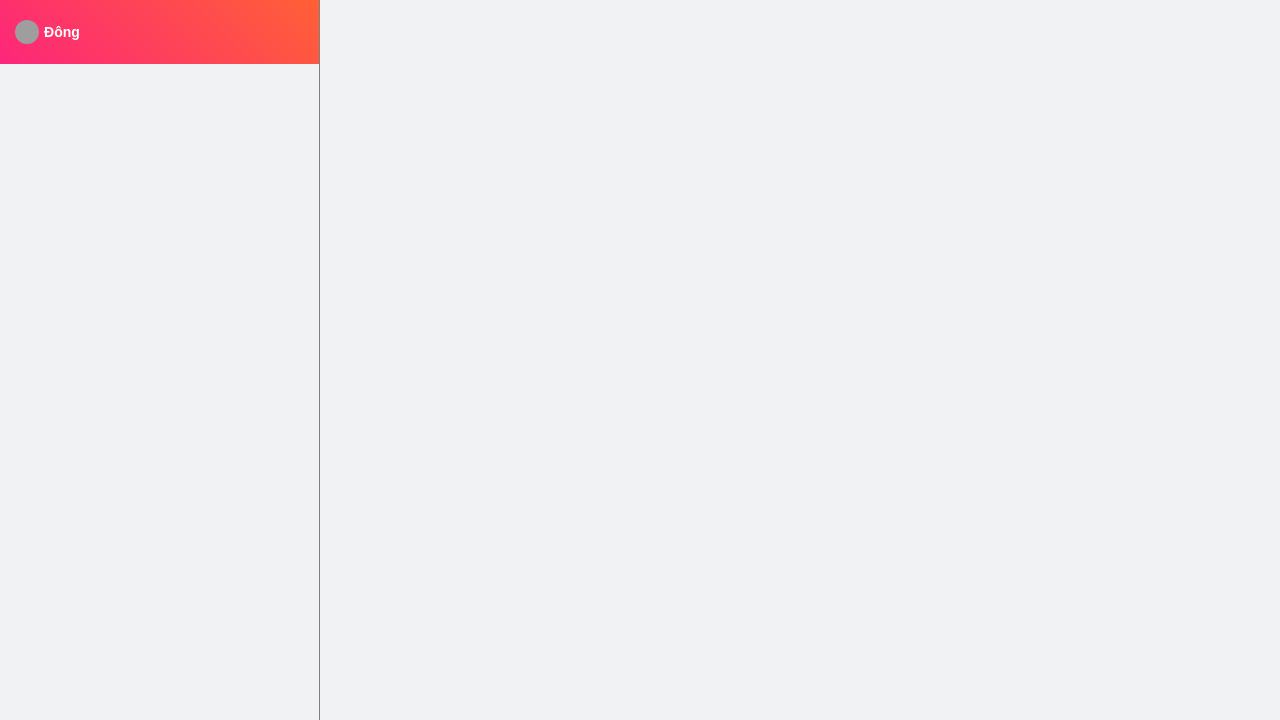
Repository: conquy2002/Project-Tinder
Page: Project RobinTinder/website/index.html
The author's editor kept a copy of each file at every save. The page is drawn from the files as they stood at one save, then again after the next save.
The browser window is 1280 px wide. The pictures show the whole page.
Pictures or frames that could not be fetched are drawn as grey boxes.

Above is the page before, as saved 2022-01-07 08:56:33.

### Project RobinTinder/website/index.html
<!DOCTYPE html>
<html lang="en">
<head>
    <meta charset="UTF-8">
    <meta http-equiv="X-UA-Compatible" content="IE=edge">
    <meta name="viewport" content="width=device-width, initial-scale=1.0">
    <title>Robin Hẹn hò</title>
    <link rel="stylesheet" href="./css/style.css" />
</head>
<body>
    <div class="main">
        <aside class="nav">
            <div class="nav__header">
                <div class="nav__hearder--profile">
                    <a href="#">
                        <img src = "https://scontent.fhph1-3.fna.fbcdn.net/v/t1.6435-1/c1.64.198.199a/p200x200/141433767_1108249559690088_990288042436184426_n.jpg?_nc_cat=107&ccb=1-5&_nc_sid=7206a8&_nc_ohc=5yxEM9Iimv0AX_4k7Ox&_nc_ht=scontent.fhph1-3.fna&oh=00_AT-vqYdzU7_RG4YwBws_REoHUQ_G1kzl29AkfIijrbwnXg&oe=61FCEA38">
                        <h3>Đông</h3>
                    </a>
                </div>
                <div class="nav__header--contact"></div>
            </div>
            <div class="nav__qc"></div>
            <div class="nav_content"></div>
        </aside>
        <div class="content"></div>
    </div>
</body>
</html>

### Project RobinTinder/website/css/style.css
*{
    margin: 0;
    padding: 0;
    box-sizing: border-box;
}
body{
    font-family: sans-serif,Helvetica,Arial;
}
a{
    text-decoration: none;
}
.main{
    background-color: #f0f2f4;
    height: 100vh;
    width: 100%;
    display: flex;
}
.nav{
    flex-basis: 25%;
    height: 100%;
    border-right: .1px solid gray;
}
.nav__header{
    background: linear-gradient(
45deg,#fd267a,#ff6036);
    background-image: linear-gradient(
45deg, rgb(253, 38, 122), rgb(255, 96, 54));
    width: 100%;
    display: flex;
    overflow: hidden;
}
.nav__hearder--profile{
    padding: 15px 10px;
}
.nav__hearder--profile a{
    display: flex;
    padding: 5px;
    align-items: center;
    color: #fff;
    font-size: 12px;
    flex-basis: 25%;
    cursor: pointer;
}
.nav__hearder--profile img{
    height: 1.5rem;
    width: 1.5rem;
    border-radius: 50%;
    margin-right: 5px;
}
.nav__hearder--profile a:hover{
    background-color: rgba(0,0,0,.32)!important;
    border-radius: 36px;
}
.nav_content{
    background-color: #fff;
}
.content{

}

After the next save:
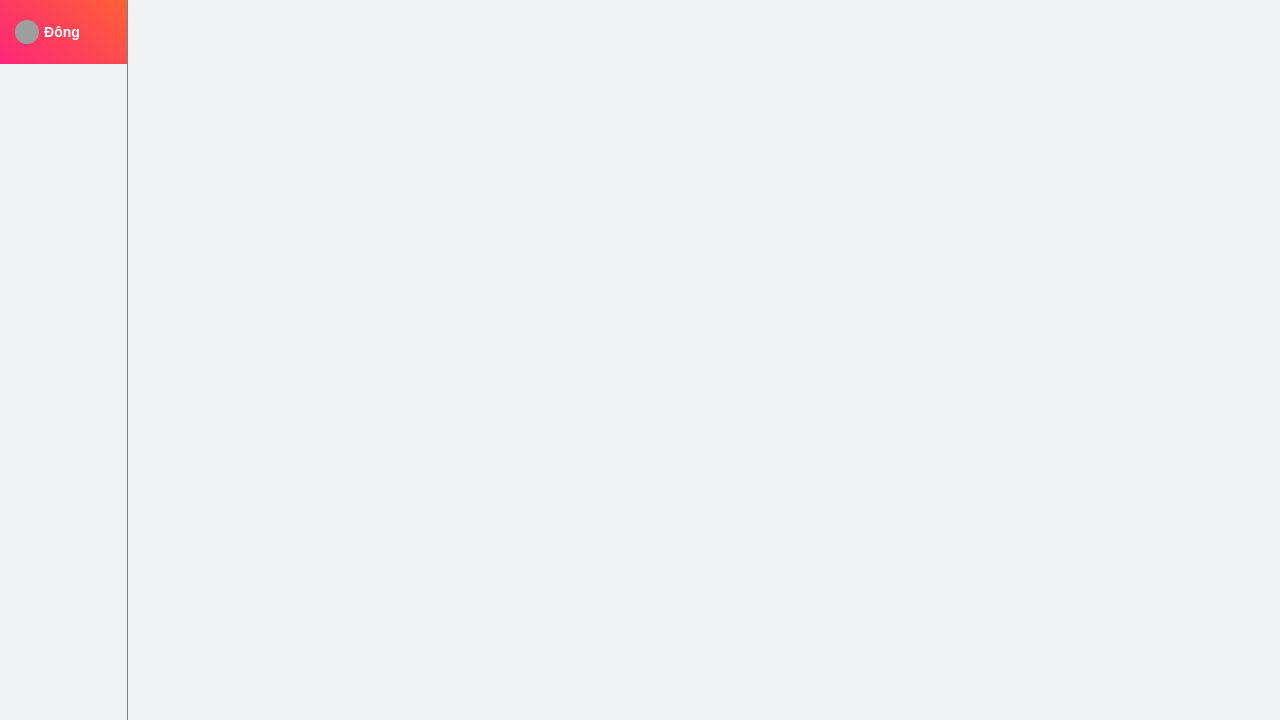
Saved 20 s later.
--- a/Project RobinTinder/website/css/style.css
+++ b/Project RobinTinder/website/css/style.css
@@ -16,7 +16,7 @@
     display: flex;
 }
 .nav{
-    flex-basis: 25%;
+    flex-basis: 10%;
     height: 100%;
     border-right: .1px solid gray;
 }
